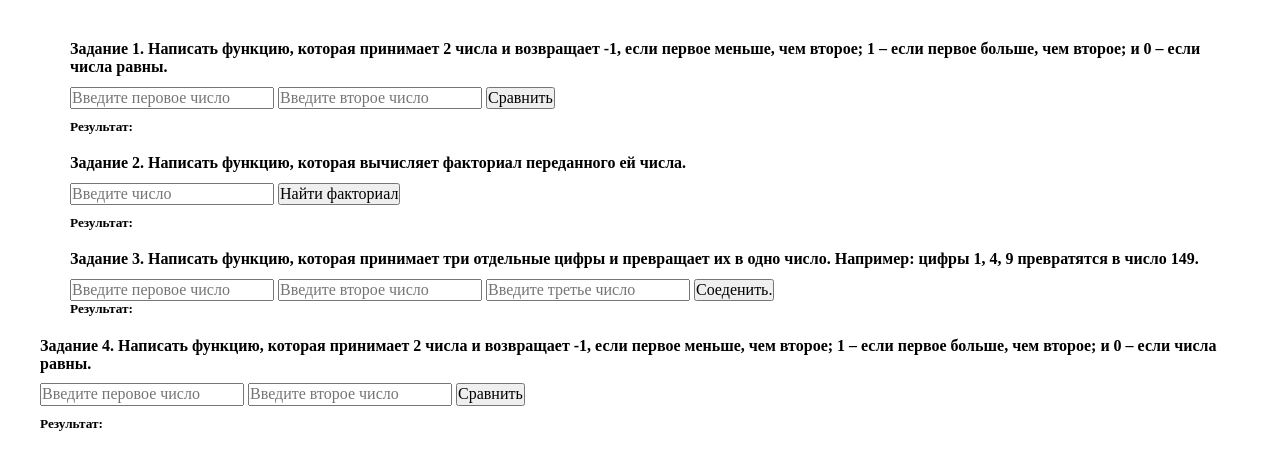
Repository: NastyaGavrilova/Beetroot-js
Page: HW3/index.html
An editor plug-in stored every save of this project. The page is shown before and after the next save, followed by the edit.
The browser window is 1280 px wide. The pictures show the whole page.

Above is the page before, as saved 2021-10-18 14:38:42.

After the next save:
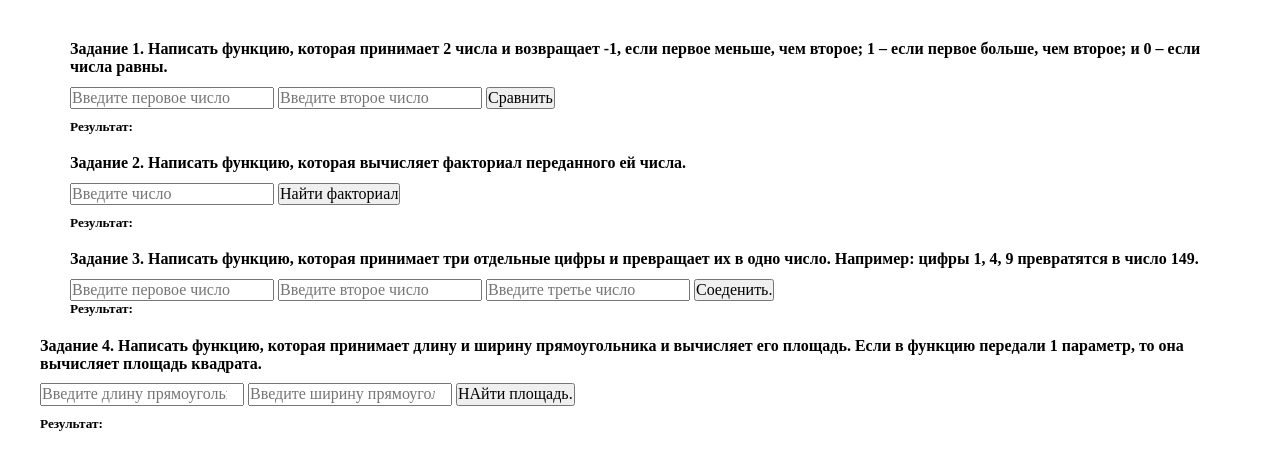
Saved 67 s later.
--- a/HW3/index.html
+++ b/HW3/index.html
@@ -93,27 +93,27 @@
 
     <section class="c-task-four">
       <h4 class="c-task-four__title c-title">
-        Задание 4. Написать функцию, которая принимает 2 числа и возвращает -1,
-        если первое меньше, чем второе; 1 – если первое больше, чем второе; и 0
-        – если числа равны.
+        Задание 4. Написать функцию, которая принимает длину и ширину
+        прямоугольника и вычисляет его площадь. Если в функцию передали 1
+        параметр, то она вычисляет площадь квадрата.
       </h4>
       <form
         action="#"
         method="post"
         class="c-task-four__form c-form"
-        id="js-task1-form"
+        id="js-task4-form"
       >
         <input
           type="number"
           id="js-task4-input1"
-          placeholder="Введите перовое число"
+          placeholder="Введите длину прямоугольника"
         />
         <input
           type="number"
           id="js-task4-input2"
-          placeholder="Введите второе число"
+          placeholder="Введите ширину прямоугольника"
         />
-        <button id="js-task4-btn">Сравнить</button>
+        <button id="js-task4-btn">НАйти площадь.</button>
       </form>
       <h5>Результат: <span id="js-task4-span"></span></h5>
     </section>
